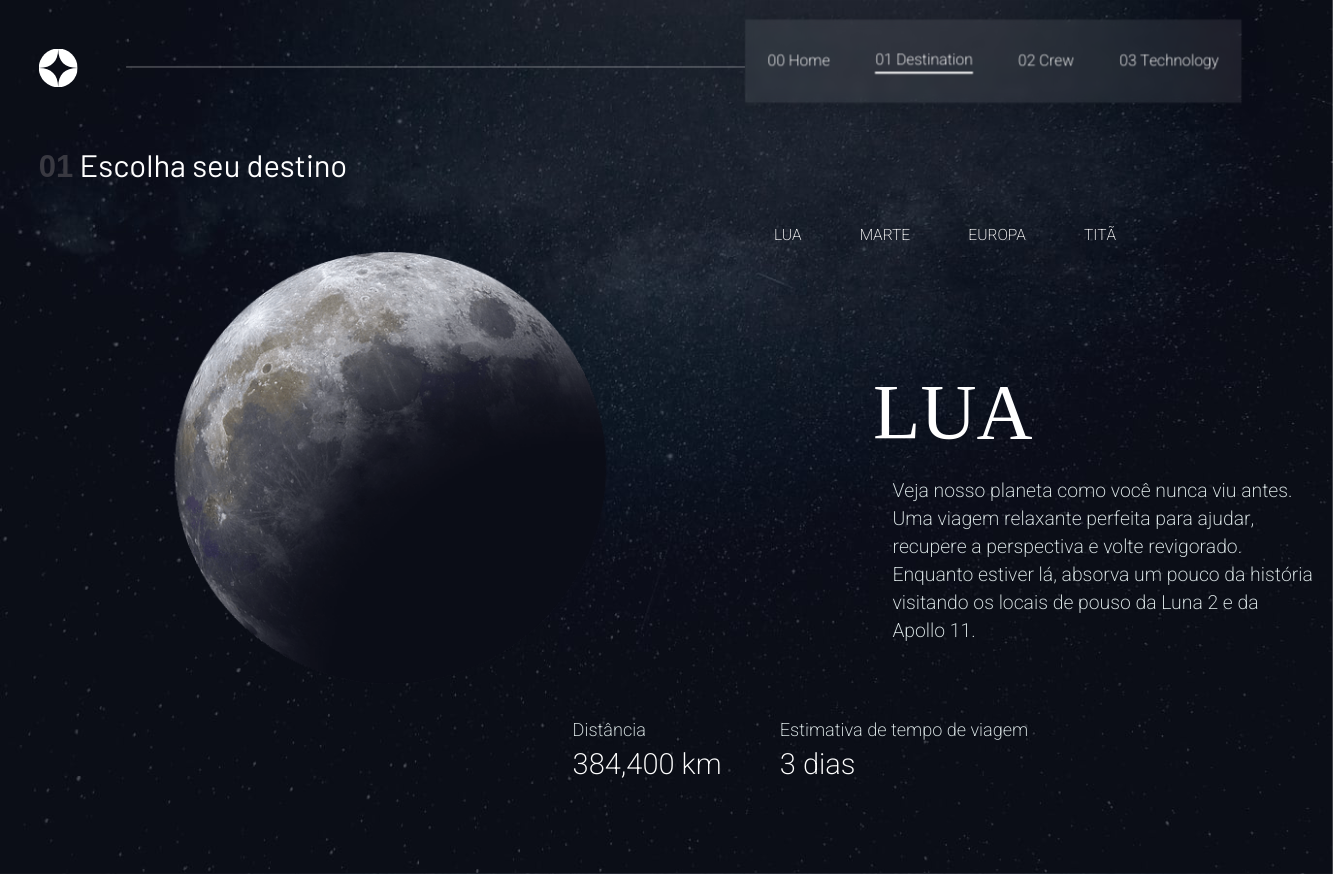
Repository: Leonngc/space-site
Page: space-tourism-website-main/space-tourism-website-main/starter-code/destination-moon.html
These files come from the project's save history. The page is drawn as it stood at one moment and after the next save; the edit follows.
The browser window is 1280 px wide. The page is 1374 px wide, so the pictures cover 1374 px, including what lies to the right of the window. The pictures show the whole page, at 97% of full size.

Above is the page before, as saved 2023-04-30 00:46:54.

After the next save:
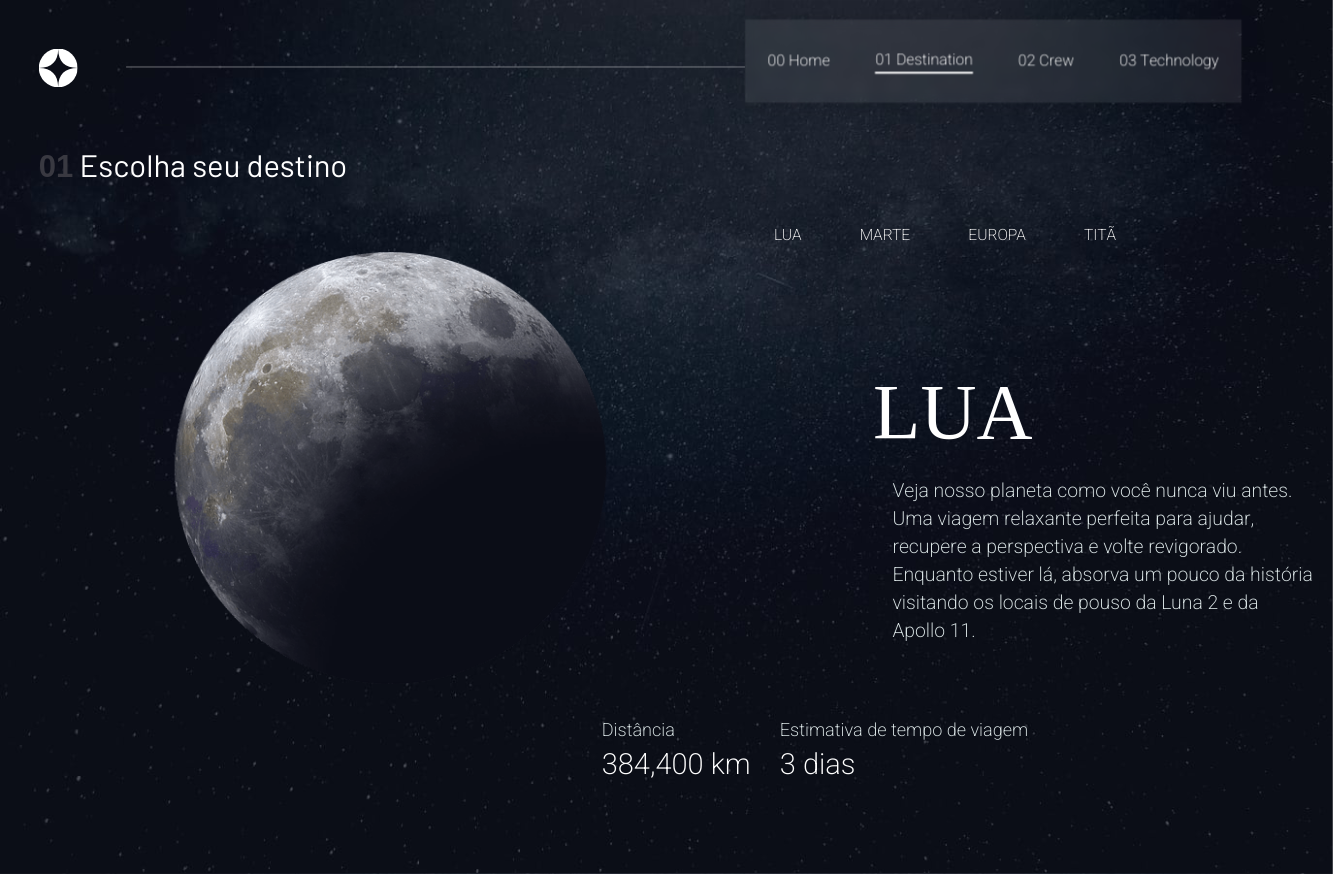
Saved 15 s later.
--- a/space-tourism-website-main/space-tourism-website-main/starter-code/styles/destination.css
+++ b/space-tourism-website-main/space-tourism-website-main/starter-code/styles/destination.css
@@ -93,7 +93,7 @@ strong{
 
 .info-travel{
     font-family: var(--paragraph-font);
-    padding: 0px 30px 0px 30px;
+    padding: 0px 30px 0px 0px;
 }
 
 

After the save that followed:
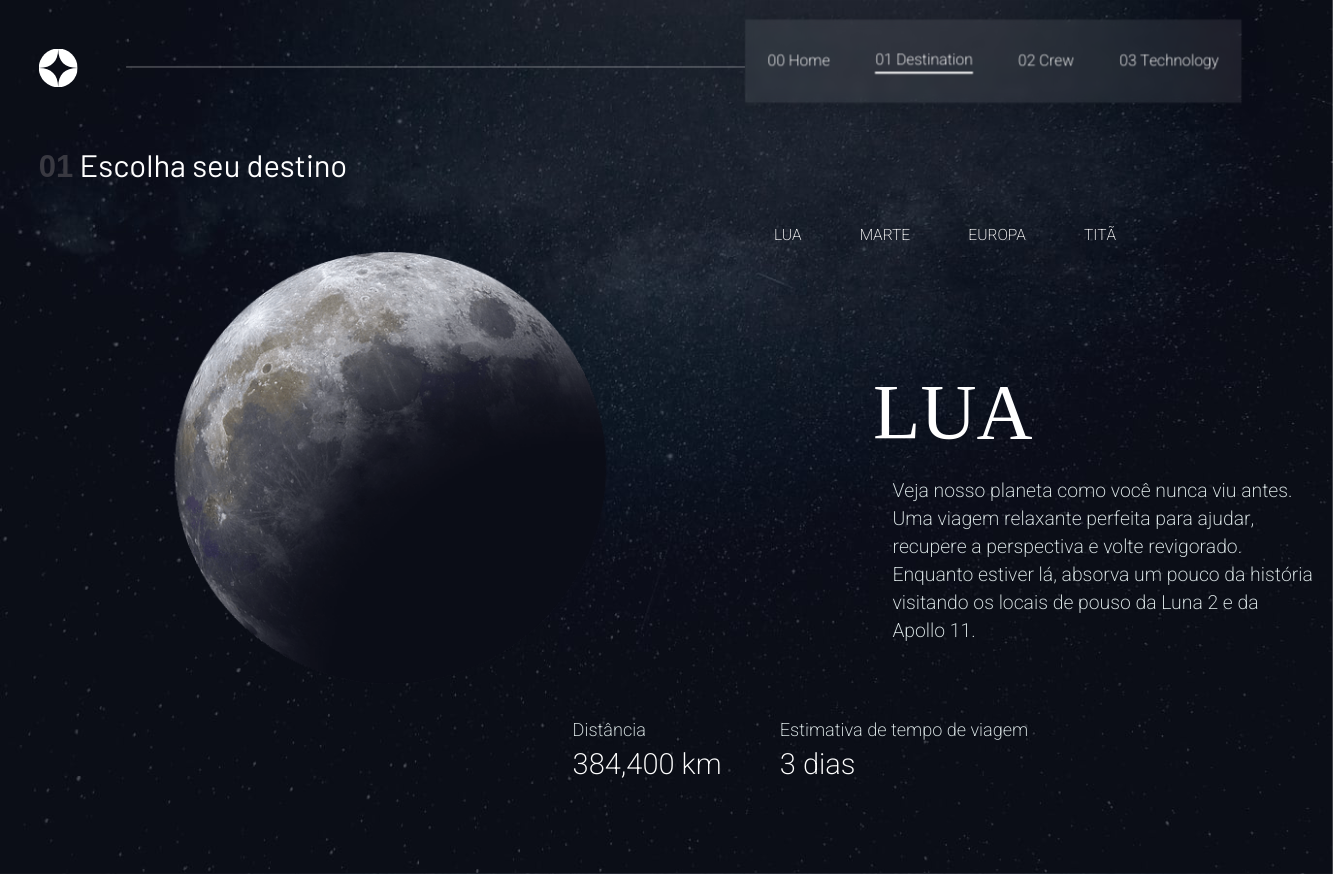
Saved 5 s later.
--- a/space-tourism-website-main/space-tourism-website-main/starter-code/styles/destination.css
+++ b/space-tourism-website-main/space-tourism-website-main/starter-code/styles/destination.css
@@ -93,7 +93,7 @@ strong{
 
 .info-travel{
     font-family: var(--paragraph-font);
-    padding: 0px 30px 0px 0px;
+    padding: 0px 30px 0px 30px;
 }
 
 
